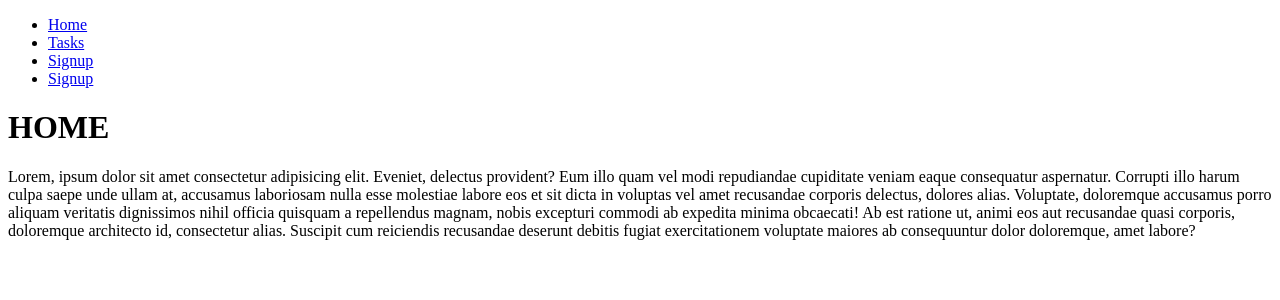
Repository: Andres250602/auth.django
Page: http://localhost/
The author's editor kept a copy of each file at every save. The page is drawn from the files as they stood at one save, then again after the next save.
The browser window is 1280 px wide. The pictures show the whole page.
The page is served by the project's application, run on Django 5.2 (manage.py).

Above is the page before, as saved 2024-04-11 10:07:57.

After the next save:
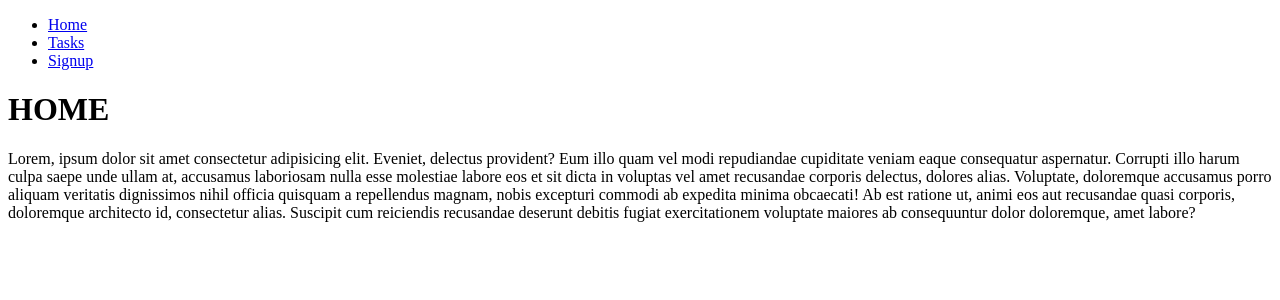
Saved 4 min 14 s later.
--- a/myapp/templates/base.html
+++ b/myapp/templates/base.html
@@ -13,9 +13,6 @@
             </li>
             <li>
                 <a href="/tasks">Tasks</a>
-            </li>
-            <li>
-                <a href="/signup">Signup</a>
             </li>
             {% if user.is_authenticated %}
             <li>
